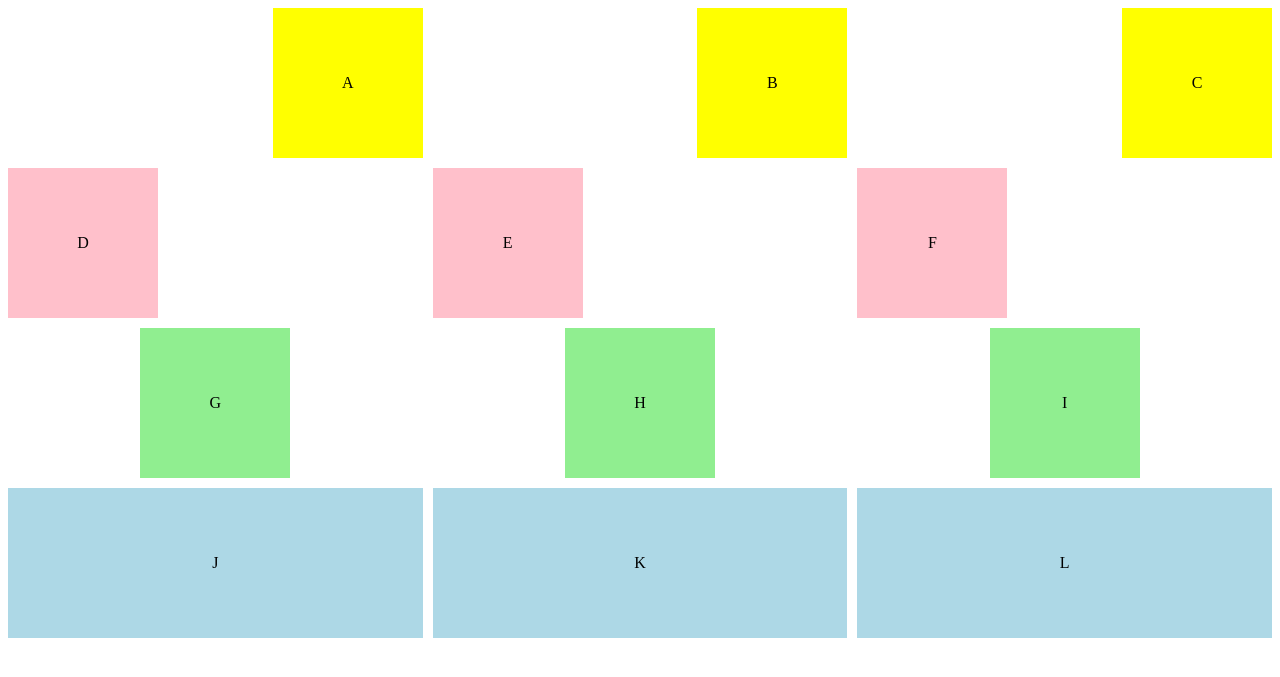
Repository: Yevhen94/nixhw
Page: fourth-lesson/index.html
The author's editor kept a copy of each file at every save. The page is drawn from the files as they stood at one save, then again after the next save.
The browser window is 1280 px wide. The pictures show the whole page.

Above is the page before, as saved 2022-02-08 13:56:51.

After the next save:
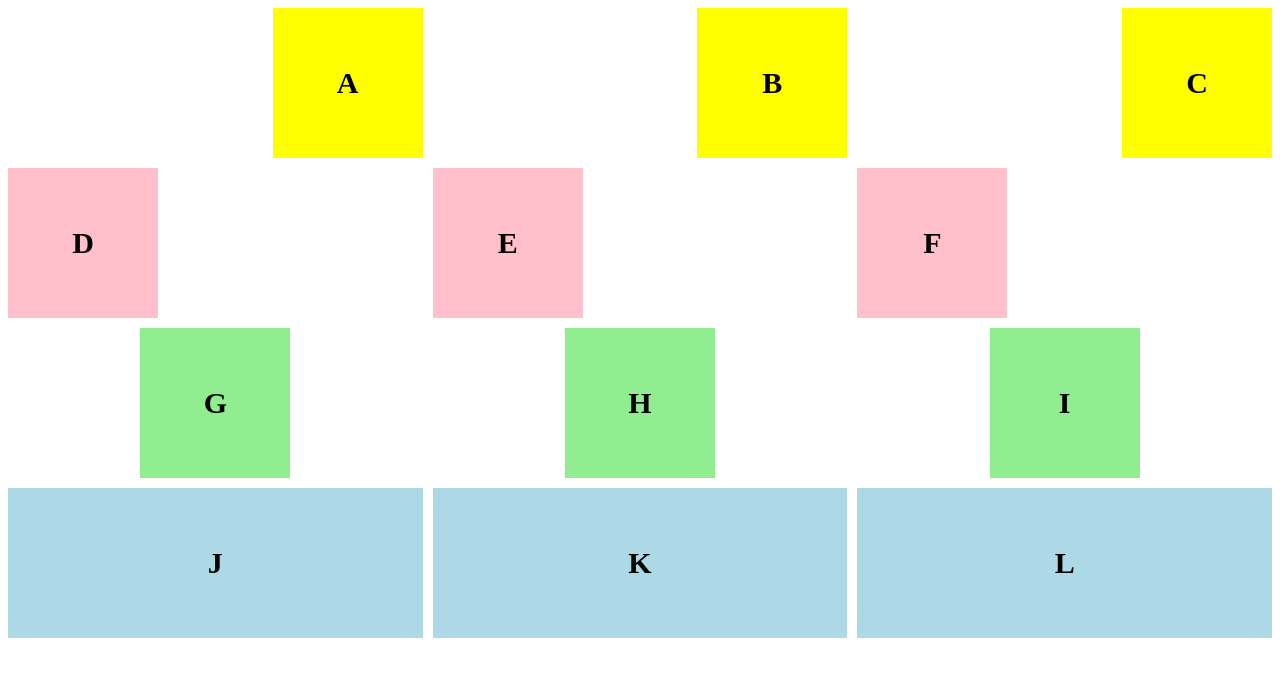
Saved 23 s later.
--- a/fourth-lesson/styles/index.css
+++ b/fourth-lesson/styles/index.css
@@ -9,7 +9,9 @@
   justify-content: center;
   align-items: center;
   min-height: 150px;
+  font-weight: bold;
   min-width: 150px;
+  font-size: 30px;
   display: flex;
 }
 
